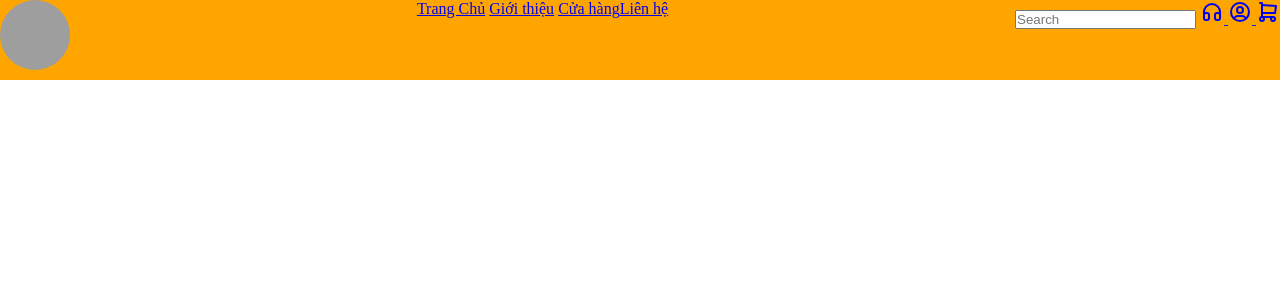
Repository: manhhieu120499/test-page
Page: index.html
These files come from the project's save history. The page is drawn as it stood at one moment and after the next save; the edit follows.
The browser window is 1280 px wide. The pictures show the whole page.
Pictures or frames that could not be fetched are drawn as grey boxes.

Above is the page before, as saved 2023-01-11 22:47:25.

After the next save:
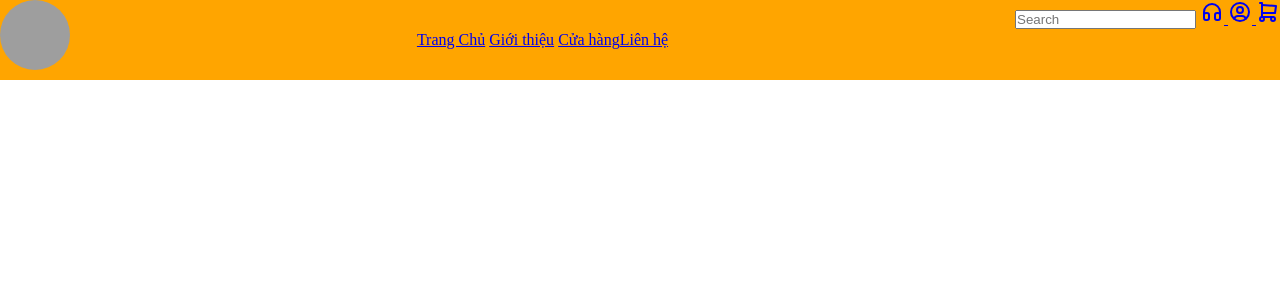
Saved 5 s later.
--- a/style.css
+++ b/style.css
@@ -20,5 +20,5 @@ img {
 .sub-menu li {
    list-style: none;
    display: inline-block;
-   line-height: ;
+   line-height: 80px;
 }
